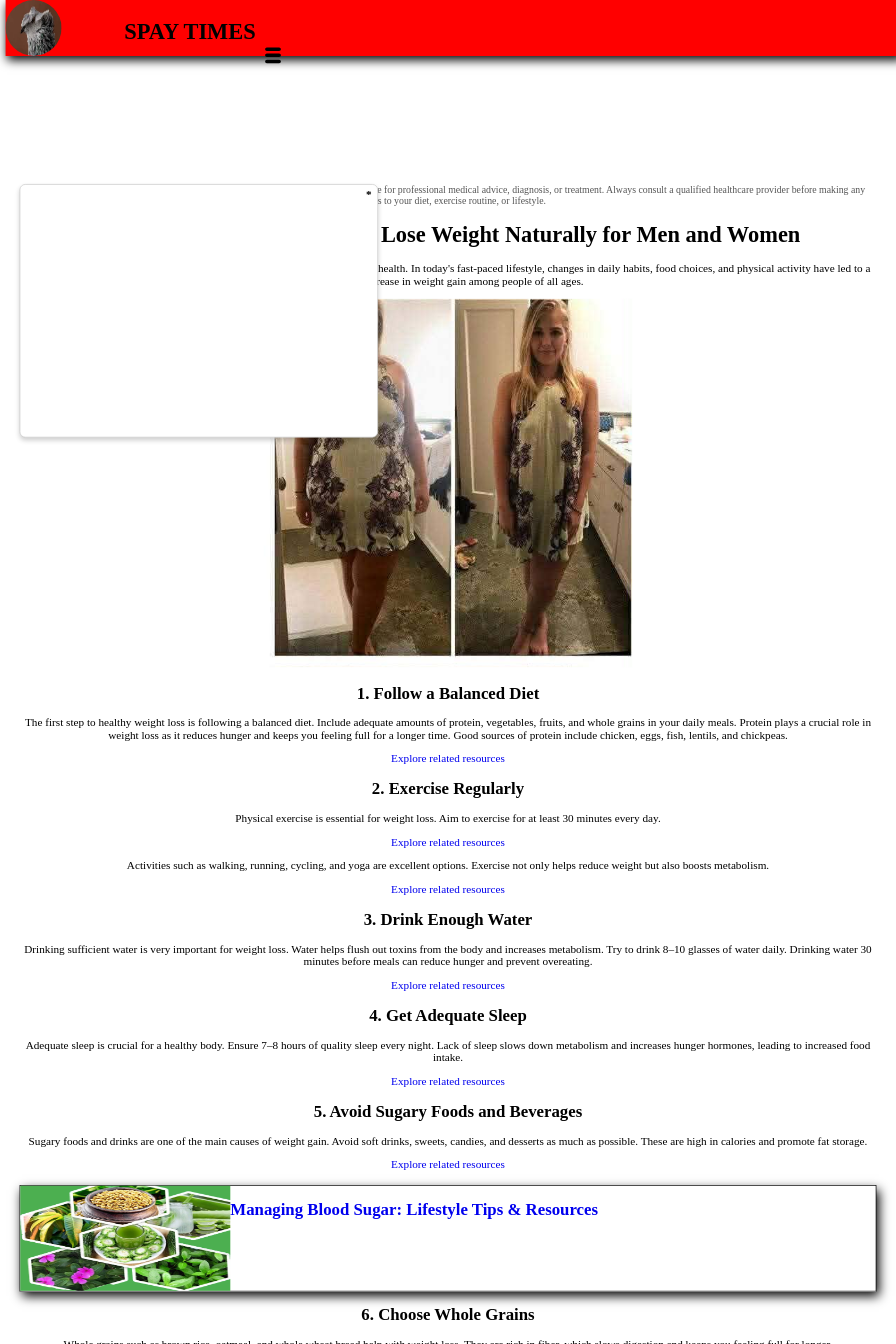
Repository: ridhukhan/spytimes
Page: /weightlose
An editor plug-in stored every save of this project. The page is shown before and after the next save, followed by the edit.
The browser window is 1280 px wide. The pictures show the part of the page from y = 0 to 1920 px (the page is 3596 px tall), at 70% of full size.
The project was rebuilt for these pictures with package versions that can differ from the ones it lists, and the page was loaded fresh each time. Also part of the build but not shown: vite.config.js, src/components/trending/Trending.jsx, src/pages/home/Home.jsx, src/components/policy/PrivecyPolicy.jsx, src/components/policy/Terms.jsx, src/components/trending/TrendingDetails.jsx, src/pages/heath/Dieabeties.jsx, src/pages/heath/Health.jsx and 1 more.

Above is the page before, as saved 2026-01-14 10:57:54.

After the next save:
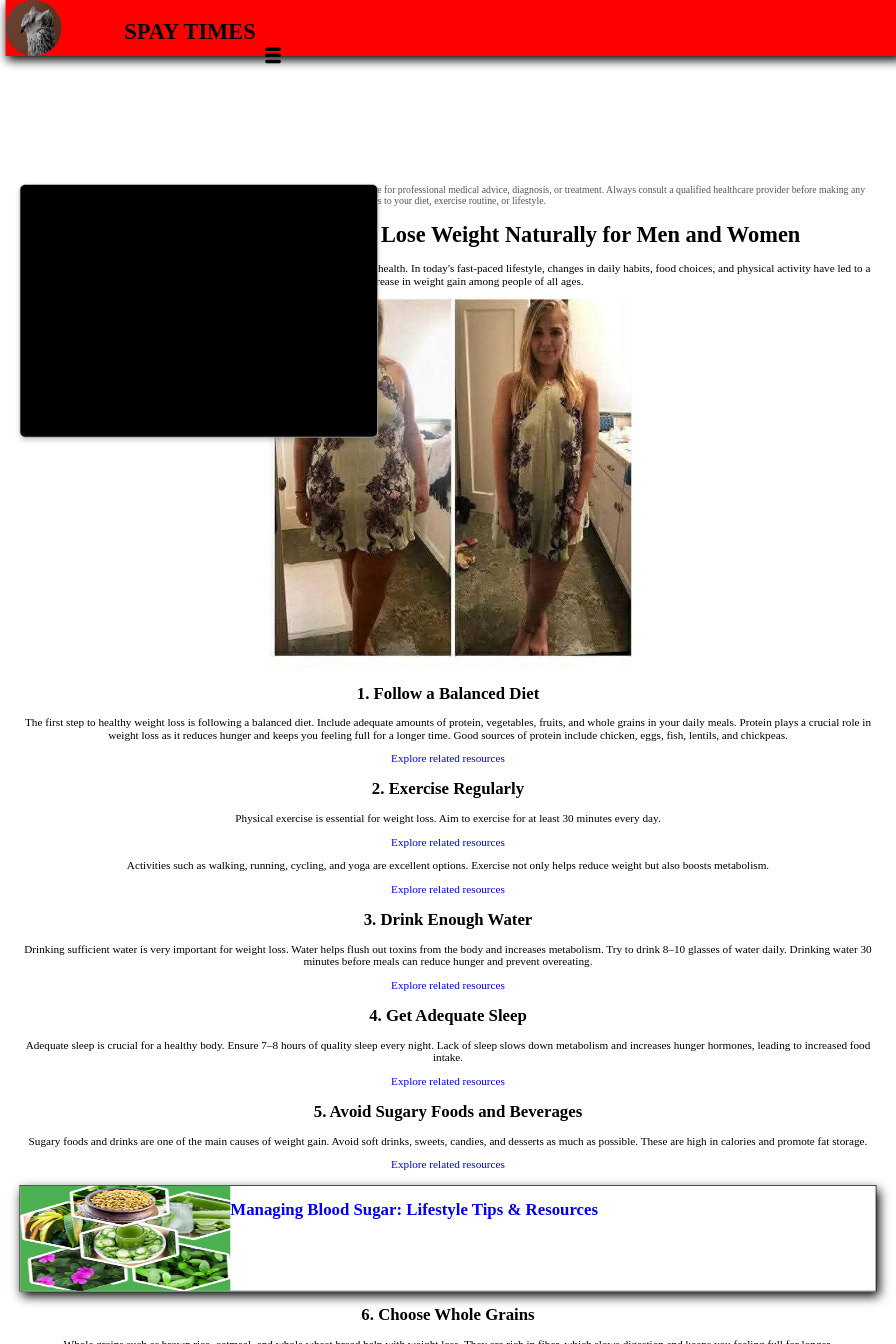
Saved 9 s later.
--- a/src/components/ads/FullPageAdBanner.jsx
+++ b/src/components/ads/FullPageAdBanner.jsx
@@ -31,7 +31,7 @@ const FullPageAdBanner = () => {
 
     width: "500px",
     height: "350px",
-    backgroundColor: "#fff",
+    backgroundColor: "#000",
     border: "1px solid #ccc",
     boxShadow: "0 4px 8px rgba(0,0,0,0.2)",
     zIndex: 9999,
